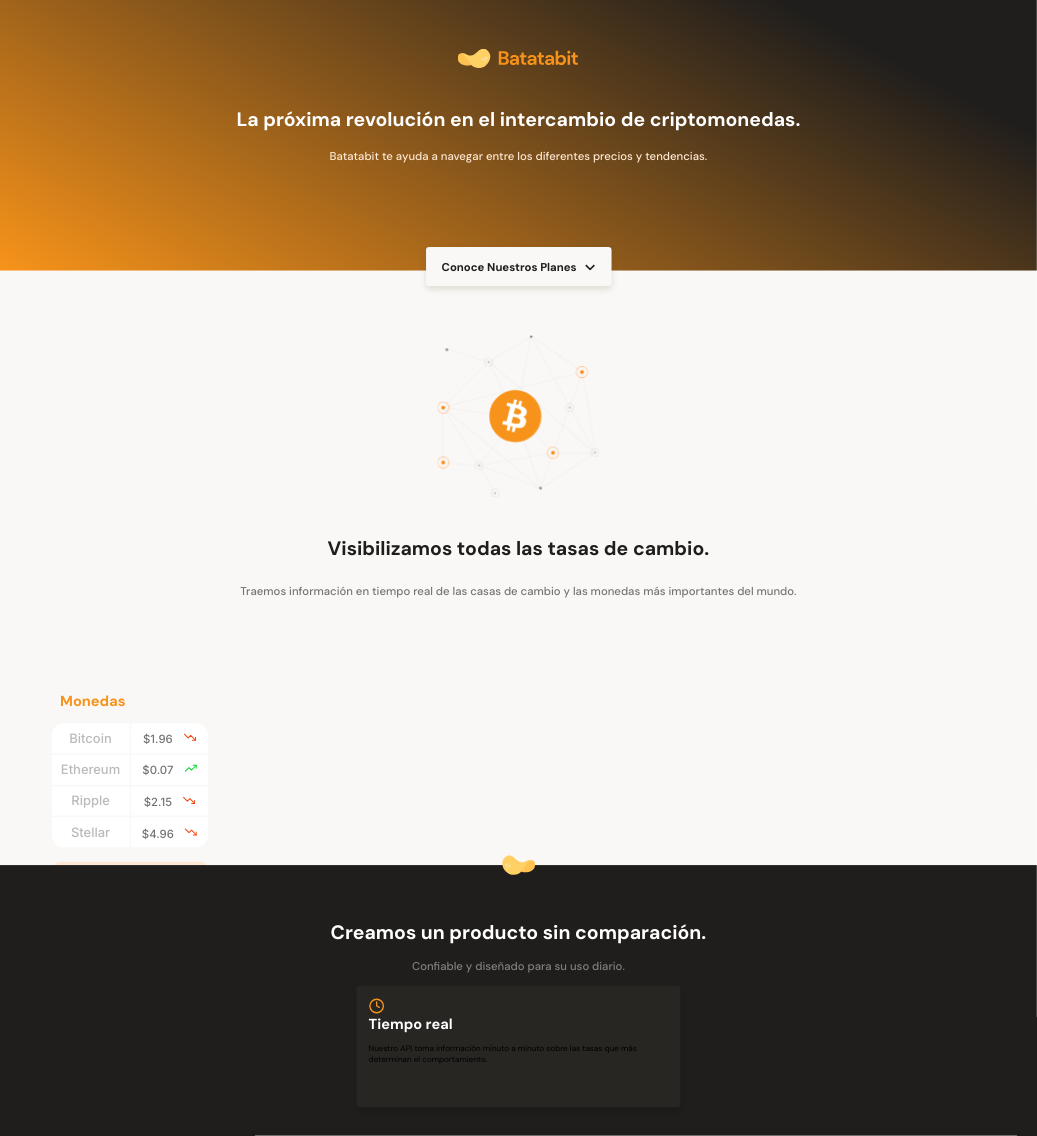
Repository: Pandrea-hub/Batatabit
Page: index.html
An editor plug-in stored every save of this project. The page is shown before and after the next save, followed by the edit.
The browser window is 1280 px wide. The pictures show the whole page, at 81% of full size.

Above is the page before, as saved 2022-04-11 10:20:45.

### index.html
<!DOCTYPE html>
<html lang="en">
<head>
    <meta charset="UTF-8">
    <meta http-equiv="X-UA-Compatible" content="IE=edge">
    <meta name="viewport" content="width=device-width, initial-scale=1.0">
    <title>Document</title>
    <link rel="preconnect" href="https://fonts.googleapis.com">
    <link rel="preconnect" href="https://fonts.gstatic.com" crossorigin>
    <link href="https://fonts.googleapis.com/css2?family=DM+Sans:wght@400;500;700&family=Inter:wght@300;500;700&display=swap" rel="stylesheet">
    <link rel="stylesheet" href="./style.css">
</head>
<body>


    <header>

        <img src="./assets/img/logo.svg" alt="Logo del header donde estara una patata y el nombre que es Batatabit"/>
        <div class="header--title-container">
            <h1>La próxima revolución en el intercambio de criptomonedas.</h1>
            <p>Batatabit te ayuda a navegar entre los diferentes precios y tendencias.</p>
            <a href="" class="header--button">Conoce Nuestros Planes<span></span></a>
        </div>
    </header>


    <main>
        <section class="main-exchange--container">
            <div class="backgroungImg"></div>
            <div class="main-exchange--container--title">
                <h2>Visibilizamos todas las tasas de cambio.</h2>
                <p>Traemos información en tiempo real de las casas de cambio y las monedas más importantes del mundo.</p>
            </div>

            <section class="main-tables-container">
                <div class="main-currency-table">



                    <div class="currenty-table">

                        <div class="container-arrow--left" id="arrow-left"></div>

                        <div class="currency-table--container" id="table-1">
                            <p class="currency-table--title" id="title-1">Monedas</p>
                            <table>
                                <tr>
                                    <tr>
                                        <td class="table__top--left">Bitcoin</td>
                                        <td class="table__top--right table__right">$1.96 <span class="down"></span></td>
                                    </tr>
                                    <tr>
                                        <td>Ethereum</td>
                                        <td class="table__right">$0.07 <span class="up"></span></td>
                                    </tr>
                                    <tr>
                                        <td>Ripple</td>
                                        <td class="table__right">$2.15 <span class="down"></span></td>
                                    </tr>
                                    <tr>
                                        <td class="table__bottom--left">Stellar</td>
                                        <td class="table__bottom-right table__right">$4.96 <span class="down"></span></td>
                                    </tr>
                                </tr>
                            </table>
                        </div>


                        <div class="currency-table--container" id="table-2">
                            <p class="currency-table--title" id="title-2">Comisiones</p>
                            <table>
                                <tr>
                                    <tr>
                                        <td class="table__top--left">Bitrade</td>
                                        <td class="table__top--right table__right">$ 12.96</td>
                                    </tr>
                                    <tr>
                                        <td>Bitpreco</td>
                                        <td class="table__right">$ 13.07</td>
                                    </tr>
                                    <tr>
                                        <td>Novadax</td>
                                        <td class="table__right">$ 13.15</td>
                                    </tr>
                                    <tr>
                                        <td class="table__bottom--left">Coinext</td>
                                        <td class="table__bottom-right table__right">$ 14.96</td>
                                    </tr>
                                </tr>
                            </table>
                        </div>

                        <div class="container-arrow" id="arrow-right"></div>

                    </div>

                    <div class="currency-table--date" id="table-date">
                        <p><b>Actualizado:</b> 17 Julio 23:11 </p></p>
                    </div>

                </div>
            </section>
        </section>

    <script>
        const arrow_right = document.getElementById("arrow-right")
        const arrow_left = document.getElementById("arrow-left")
        const table_1 = document.getElementById("table-1")
        const table_2 = document.getElementById("table-2")
        const date = document.getElementById("table-date");


        arrow_right.onclick = function(){
            arrow_right.style.display="none";
            table_1.style.display = "none"
            table_2.style.display = "grid"
            arrow_left.style.display = "block"
            date.style.backgroundColor="#E7F5FF";
        }
        arrow_left.onclick = function(){
            arrow_left.style.display="none";
            table_1.style.display = "grid"
            table_2.style.display = "none"
            arrow_right.style.display = "block"
            date.style.backgroundColor="#FFE9D4";
        }
    </script>


        <section class="main-product--detail">
            <span class="product-detail--batata-logo"></span>
            <div class="product-detail--title">
                <h2>Creamos un producto sin comparación.</h2>
                <p>Confiable y diseñado para su uso diario.</p>
            </div>
            <section class="product-cards--container">
                <article class="product-detail--card">
                    <span class="icon-card clock"></span>
                    <p class="product-card--title">Tiempo real</p>
                    <p class="product-card--body">Nuestro API toma información minuto a minuto sobre las tasas que más determinan el comportamiento.</p>
                </article>
            </section>

        </section>



        <section></section>



        <section></section>
    </main>

    <footer></footer>

</body>
</html>

### style.css
/*
1. Position
2. Box model
3. typography
4. Visual themes
5. Others
*/

:root{
    --bitcoin-orange:#F7931A;
    --soft-orange:#FFE9D4;
    --secondary-blue:#1A9AF7;
    --soft-blue:#E7F5FF;
    --warm-black:#201E1C;
    --black: #201e1c;
    --grey: #bababa;
    --off-white: #faf8f7;
    --just-white: #fff;
}

*{
    padding: 0;
    margin: 0;
    box-sizing: border-box;
}


html{
    font-size: 62.5%;
    font-family: "DM Sans", sans-serif;
}

header{
    position: relative;
    display: flex;
    flex-direction:column;
    justify-content: center;
    width: 100%;
    height: 334px;
    min-width: 320px;
    text-align: center;
    background: linear-gradient(207.8deg, #201E1C 16.69%, #F7931A 100%);

}

header img{
    width: 150px;
    height: 24px;
    margin-top: 60px;
    align-self: center;
}

.header--title-container{
    width: 90%;
    min-width: 288px;
    max-width: 900px;
    height: 218px;
    margin-top: 50px;
    text-align: center;
    align-self:center;
}

.header--title-container h1{
    font-size: 2.4rem;
    font-weight: bold;
    line-height: 2.6rem;
    color: var(--just-white);
}

.header--title-container p{
    font-size: 1.4rem;
    font-weight: 500;
    line-height: 1.8rem;
    color:var(--soft-orange);
    margin-top: 2.4rem;
}


.header--title-container .header--button{
    left: calc(50% - 229px/2);
    position: absolute;
    top: 270px;
    display: block;
    margin-top: 35px;
    padding: 15px;
    width: 229px;
    height: 48px;
    background-color: var(--off-white);
    /* Box shadow */
    box-shadow: 0px 4px 8px rgba(89, 73, 30, 0.16);
    border-radius: 4px;
    font-weight: bold;
    font-size: 14px;
    line-height: 18px;
    color:var(--warm-black);
    text-decoration: none;
}

.header--button span{
    display: inline-block;
    width: 13px;
    height: 8px;
    margin-left: 10px;
    background-image: url('./assets/icons/down-arrow.svg');
}

main{
    width: 100%;
    height: auto;
    background-color:var(--off-white);
    min-width: 320px;
}


.main-exchange--container{
    width: 100%;
    height: auto;
    padding-top: 80px;
    padding-bottom: 30px;
    text-align: center;
}

.main-exchange--container--title{
    width: 100%;
    min-width: 288px;
    max-width: 900px;
    margin: 0 auto;
}

.main-exchange--container .backgroungImg{
    width: 200px;
    height: 200px;
    margin: 0 auto;
    margin-bottom: 50px;
    background-image: url(./assets/img/bitcoin.svg);
    background-size: cover;
    background-position: center;
    background-repeat: no-repeat;
}


.main-exchange--container--title h2{
    margin-bottom: 30px;
    font-size: 2.4rem;
    font-weight: bold;
    line-height: 2.6rem;
    align-self:center;
    color:var(--warm-black);
}


.main-exchange--container--title p{
    margin-bottom: 30px;
    font-size: 1.4rem;
    line-height: 1.8rem;
    font-weight: 500;
    color:#757575;
}



.main-currency-table{
    display: flex;
    flex-direction: column;
    width: 70%;
    min-width: 235px;
    max-width: 500px;
    height: 240px;
    margin: 0 auto;
    font-family: "Inter", sans-serif;
}

.main-currency-table .currency-table--title{
    width: 81px;
    height: 23px;
    left: 74px;
    top: 854px;
    position: absolute;
    margin-bottom: 15px;
    font-size: 1.8rem;
    font-weight: bold;
    line-height: 2.3rem;
    font-family: "DM Sans";
    color:var(--bitcoin-orange);
    position: absolute;

}


.currency-table--container{
    margin: 0 auto;
    width: 90%;
    min-width: 230px;
    max-width: 300px;
    height: 90px;


}

.currency-table--container table{
    width: 100%;
    height: 100%;
    width: 197px;
    height: 159px;
    left: 62px;
    top: 889px;
    margin: 0 auto;
    position: absolute;
}


.currency-table--container td{
    width: 50%;
    font-size: 1.6rem;
    font-weight: 500;
    line-height: 1.9rem;
    color:var(--grey);
    background-color:var(--just-white);
    margin: 0px 10px;

}

.table__top--left{
    border-radius: 15px 0 0 0;
}

.table__top--right{
    border-radius:0 15px 0 0;
}


.table__bottom-right{
    border-radius:0 0 15px 0;
}

.table__bottom--left{
    border-radius:0 0 0 15px;
}

.currency-table--container .table__right{
    font-size: 1.4rem;
    font-weight: normal;
    line-height: 1.7rem;
    color:#757575;
}


.currency-table--container .down{
    display: inline-block;
    width: 15px;
    height: 15px;
    margin-left: 10px;
    background-image:url("./assets/icons/trending-down.svg");
    background-size:cover;
    background-repeat:no-repeat;
}

.currency-table--container .up{
    display: inline-block;
    width: 15px;
    height: 15px;
    margin-left: 10px;
    background-image:url("./assets/icons/trending-up.svg");
    background-size:cover;
    background-repeat:no-repeat;
}


.currenty-table{

    display: grid;
    grid-template-columns: 1fr 1fr 1fr;
}


.container-arrow{
    height: 10px;
    width: 12px;
    background-image: url("../assets/icons/right-arrow.svg");
    background-repeat: no-repeat;
    background-size: contain;
    background-position: center;
    position: absolute;
    margin-top:41.8%;
    right: 31px;
    cursor: pointer;
}


.container-arrow--left{
    display: none;
    height: 10px;
    width: 12px;
    background-image: url("../assets/icons/left-arrow.svg");
    background-repeat: no-repeat;
    background-size: contain;
    background-position: center;
    position: absolute;
    margin-top: 41.8%;
    left: 32px;
    cursor: pointer;
}


#title-2{
    color:var(--secondary-blue);
}



.currency-table--date{
    margin: 0 auto;
    font-size: 12px;
    position: absolute;
    width: 190px;
    height: 31px;
    left: 66px;
    top: 1064px;
    padding: 8px;
    background-color:var(--soft-orange);
    border-radius:8px;
}

#table-2{
    display: none;
}

.main-product--detail{
    position: relative;
    width: 100%;
    min-width: 320px;
    height: auto;
    padding: 20px 10px;
    background-color:var(--warm-black);
    margin-top: 30px;
}


.product-detail--batata-logo{
    left: calc(50% - 20px);
    top: -12.5px;
    position: absolute;
    width: 40px;
    height: 25px;
    background-image:url("./assets/icons/batata.svg");
}


.product-detail--title{
    width: 90%;
    min-width: 288px;
    height: auto;
    margin: 0 auto;
    margin-top: 50px;
    text-align: center;
}


.product-detail--title h2{
    margin-bottom: 20px;
    font-size: 2.4rem;
    font-weight: bold;
    line-height: 2.6rem;
    color:var(--just-white);

}

.product-detail--title p{
    color:#808080;
    font-size: 1.4rem;
    font-weight: 500;
    line-height: 1.8rem;
}


.product-detail--card{
    width: 90%;
    min-width: 288px;
    max-width: 400px;
    height: 150px;
    margin: 15px auto;
    padding: 15px;
    background-color:#282623;
    border-radius:5px;
    box-shadow:0px 4px 8px rgba(0, 0, 0, 0.16);

}


.product-detail--card .icon-card{
    display: inline-block;
    width: 20px;
    height: 20px;
    background-position: center;
    background-size: cover;
    background-repeat: no-repeat;
    margin-bottom: 0;


}

.clock{
    background-image:url("./assets/icons/clock.svg");
}

.product-card--title{
    font-weight: 700;
    margin-bottom: 15px;
    font-size: 1.8rem;
    line-height: 1.8rem;
    color:var(--just-white);
}

After the next save:
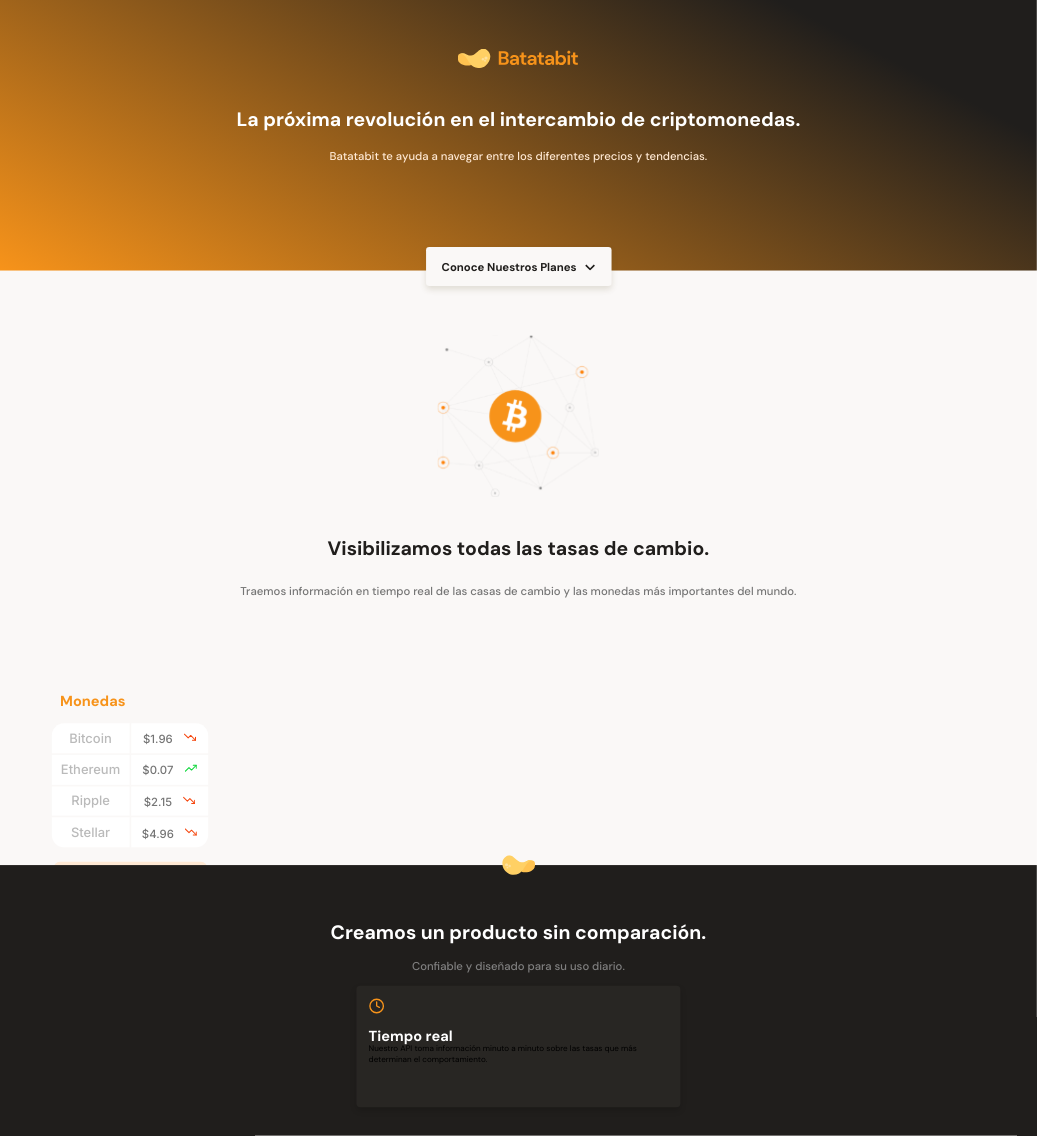
Saved 9 s later.
--- a/style.css
+++ b/style.css
@@ -405,7 +405,7 @@
 
 .product-card--title{
     font-weight: 700;
-    margin-bottom: 15px;
+    margin-top: 15px;
     font-size: 1.8rem;
     line-height: 1.8rem;
     color:var(--just-white);
